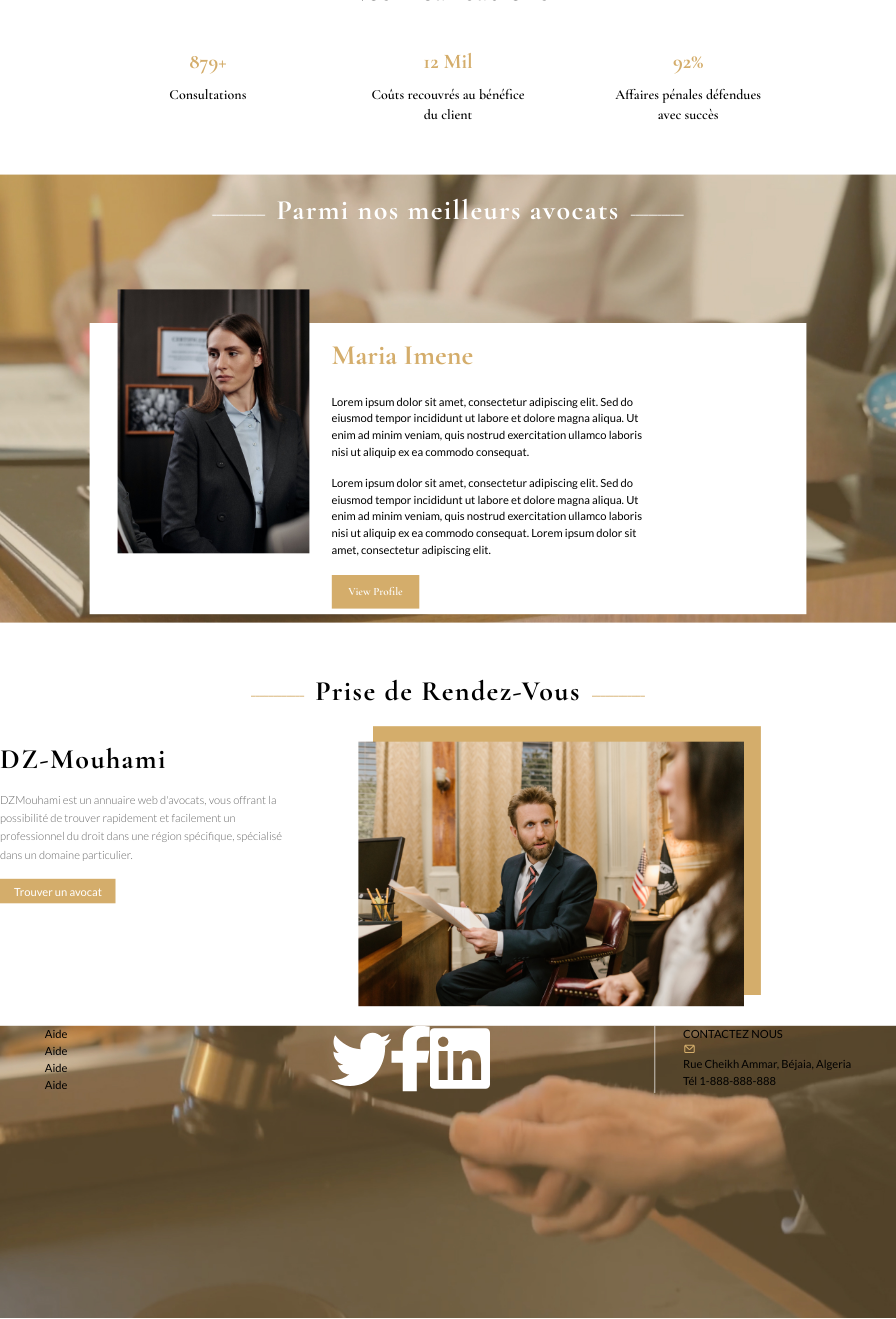
Repository: Chekrouba-Tinhinane/Mohami_dz
Page: / (app in client/)
An editor plug-in stored every save of this project. The page is shown before and after the next save, followed by the edit.
The browser window is 1280 px wide. The pictures show the part of the page from y = 2218 to 4138 px (the page is 4102 px tall before and 4142 px after), at 70% of full size.
The project was rebuilt for these pictures with package versions that can differ from the ones it lists, and the page was loaded fresh each time. Also part of the build but not shown: client/vite.config.js, client/src/SignIn.jsx, client/src/components/Selector.jsx, client/src/components/SearchContainer.jsx, client/src/Search.jsx, client/src/components/super/HomeLayout.jsx, client/src/components/Profile.jsx.

Above is the page before, as saved 2024-01-25 12:25:03.

### client/index.html
<!doctype html>
<html lang="en">
  <head>
    <meta charset="UTF-8" />
    <link rel="icon" type="image/svg+xml" href="/vite.svg" />
    <meta name="viewport" content="width=device-width, initial-scale=1.0" />
    <title>Mouhami DZ</title>
  </head>
  <body>
    <div id="root"></div>
    <script type="module" src="/src/App.jsx"></script>
  </body>
</html>

### client/src/App.jsx
import React from "react";
import { createRoot } from "react-dom/client";
import { BrowserRouter, Routes, Route } from "react-router-dom";
import "./index.css";
import LandingPage from "./LandingPage";
import SignIn from "./SignIn";
import Search from "./Search";
import HomeLayout from "./components/super/HomeLayout";
import Profile from "./components/Profile";

const App = () => {
  return (
    <BrowserRouter>
      <Routes>
        <Route path={"/"} element={<LandingPage />} />

        <Route path={"/Signin"} element={<SignIn />} />
        <Route
          path={"/Search"}
          element={<HomeLayout pageComponent={<Search />} />}
        />
        {/* <Route path={"/Signin"} element={<SignIn />} />
        <Route
          path={"/Schedule"}
          element={<HomeLayout pageComponent={<Schedule />} />}
        />

        <Route
          path={"/Settings"}
          element={<HomeLayout pageComponent={<Staff />} />}
        />
        <Route
          path={"/profile/:id"}
          element={<HomeLayout pageComponent={<Profile />} />}
        /> */}
        <Route
          path={"/profile"}
          element={<HomeLayout pageComponent={<Profile />} />}
        />
      </Routes>
    </BrowserRouter>
  );
};

export default App;

const root = createRoot(document.getElementById("root"));
root.render(<App />);

### client/src/index.css
@import url("https://fonts.googleapis.com/css2?family=Cormorant+Garamond:wght@300;400;500;600;700&family=Lato:wght@100;300;400;700;900&display=swap");

@tailwind base;
@tailwind components;
@tailwind utilities;

@layer base {
  a {
    @apply cursor-pointer;
  }
  h1 {
    @apply text-[50px] font-bold;
  }
  h2 {
    @apply text-[2.5rem] font-bold;
  }
  p {
  }
  h3 {
  }
  h4 {
    @apply text-[1rem] font-semibold;
  }
  textarea {
  }
  input {
  }
  select {
  }
}

* {
  /*font-family: 'Cormorant Garamond', serif; */
  font-family: "Lato", sans-serif;
  box-sizing: border-box;
  padding: 0;
  margin: 0;
}

.recursive {
  font-family: "Cormorant Garamond", serif;
}

.nav-item::after {
  content: "";
  display: block;
  width: 0;
  height: 2px;
  margin-top: 5px;
  background-color: rgb(212, 173, 107);
  transition: width 0.4s;
}

.nav-item:hover::after {
  width: 100%;
}

### client/src/LandingPage.jsx
import React, { useEffect } from "react";

import header from "./assets/landing/header.jpg";
import hero from "./assets/landing/hero.png";
import section1 from "./assets/landing/section1.jpg";
import section2 from "./assets/landing/section2.jpg";
import footer from "./assets/landing/footer.jpg";
import maria from "./assets/landing/maria.jpg";
import scene from "./assets/landing/scene.png";

import msg from "./assets/icons/contact/msg.svg";

import twitter from "./assets/icons/footer/twitter.svg";
import fb from "./assets/icons/footer/fb.svg";
import linkedin from "./assets/icons/footer/linkedin.svg";

import NavBar from "./components/super/NavBar";

import AOS from "aos";
import "aos/dist/aos.css";

AOS.init();

const LandingPage = () => {
  useEffect(() => {
    AOS.refresh();
  }, []);

  return (
    <div className="overflow-hidden flex flex-col relative mx-auto items-center bg-white z-10">
      <header className=" p-3 recursive border-b border-b-primary w-[90%] text-center font-semibold text-xl">
        {" "}
        DZ Mouhami{" "}
      </header>
      <NavBar />
      <Header />
      <About />
      <Feedback />

      <Achievements />
      <Hero />
      <Appoint />
      <Footer />
    </div>
  );
};

export default LandingPage;

function Header() {
  return (
    <section
      id="header"
      className=" relative flex w-screen justify-center my-3"
    >
      <img src={header} className="w-full h-[600px] object-cover" alt="" />
      <h2 className=" recursive absolute bottom-[7%] left-[10%] text-white w-[60%]">
        "Legal Solutions, Trusted Advocacy: Your Path to Justice Begins with
        Us."
      </h2>
    </section>
  );
}

function About() {
  return (
    <section
      id="about"
      data-aos="fade-right"
      data-aos-duration="1000"
      className="mx-3 my-10 flex gap-[6rem] justify-center items-center"
    >
      {/* fifth section */}
      <div className=" flex flex-col w-[40%] ">
        <h2 className=" recursive w-[40%] place-self-end">
          A propos de DZ Mouhami
        </h2>
        <img src={hero} className="" alt="" />
      </div>

      <div className=" basis-[40%] mb-16 ">
        {" "}
        {/*  */}
        <h2 className=" recursive tracking-wider w-[50%] my-4">DZ-Mouhami</h2>
        <p className=" w-[80%] opacity-60 font-light leading-relaxed mb-7">
          DZMouhami est un annuaire web d'avocats, vous offrant la possibilité
          de trouver rapidement et facilement un professionnel du droit dans une
          région spécifique, spécialisé dans un domaine particulier.
        </p>
        <a
          href=""
          className=" py-2 px-5 text-white bg-primary hover:bg-opacity-65"
        >
          Trouver un avocat
        </a>
      </div>
    </section>
  );
}

function Feedback() {
  const userComments = [
    {
      username: "User123",
      comment:
        "Effortlessly found the right lawyer for my needs – the detailed profiles and client reviews streamlined the decision-making process.",
    },
    {
      username: "LegalEagle",
      comment:
        "Incredibly user-friendly directory; comprehensive lawyer profiles and responsive design made my search for legal representation hassle-free.",
    },
    {
      username: "LawSeeker",
      comment:
        "Highly impressed with the intuitive interface and wealth of information – this directory simplified the task of finding a skilled attorney.",
    },
  ];

  // You can now use the userComments array as needed in your code.

  return (
    <section
      id="feedback"
      className=" relative flex w-screen justify-center my-4"
    >
      <img
        src={section1}
        className="w-full h-[640px] bg-center object-cover"
        alt=""
      />
      <div className="absolute top-0 text-white">
        <div className=" flex flex-col items-center">
          <div className="flex items-center my-5 gap-4">
            <span className=" font-semibold select-none">____________</span>
            <h2 className=" recursive  tracking-wider ">
              Nos Témoignages
            </h2>{" "}
            <span className=" font-semibold select-none">____________</span>
          </div>

          <h2 className=" mt-16 mb-8 recursive w-[85%] text-center">
            CE QUE NOS CLIENTS PENSENT DE NOUS
          </h2>
          <div className=" flex gap-10 w-[75%] ">
            {userComments.map((el, i) => {
              return (
                <div className=" flex flex-col justify-between bg-white p-6 rounded-md text-black text-sm h-56 ">
                  {el.comment}
                  <div className=" flex gap-5 items-center">
                    {" "}
                    <div class="w-14 h-14 bg-gray-500 rounded-full"></div>
                    {el.username}
                  </div>
                </div>
              );
            })}
          </div>
        </div>
      </div>
    </section>
  );
}

function Achievements() {
  return (
    <div className=" flex flex-col w-[80%] items-center mx-auto my-10 gap-8 ">
      <div className="flex items-center my-5 gap-4">
        <span className=" font-semibold select-none text-primary">
          ____________
        </span>
        <h2 className=" recursive tracking-wider">Nos Réalisations</h2>{" "}
        <span className=" font-semibold select-none text-primary">
          ____________
        </span>
      </div>

      <div className="flex w-full justify-between  ">
        <div className="flex flex-col items-center basis-[33%] gap-4">
          {" "}
          <h4 className=" recursive text-primary text-3xl font-bold">879+</h4>{" "}
          <span className=" w-[70%] text-center recursive font-semibold text-xl">Consultations</span>
        </div>
        <div className="flex flex-col items-center basis-[33%] gap-4">
          {" "}
          <h4 className=" recursive text-primary text-3xl font-bold">12 Mil</h4>{" "}
          <span className=" w-[70%] text-center recursive font-semibold text-xl">
            Coûts recouvrés au bénéfice du client
          </span>
        </div>
        <div className="flex flex-col items-center basis-[33%] gap-4">
          {" "}
          <h4 className=" recursive text-primary text-3xl font-bold">92%</h4>{" "}
          <span className=" w-[70%] text-center recursive font-semibold text-xl">
            Affaires pénales défendues avec succès
          </span>
        </div>
      </div>
    </div>
  );
}

function Hero() {
  return (
    <section id="hero" className=" relative flex w-screen justify-center my-8 ">
      <img
        src={section2}
        className="w-full h-[640px] bg-center object-cover"
        alt=""
      />
      <div className="absolute top-0 text-white">
        <div className=" flex flex-col items-center gap-[6rem]">
          <div className="flex items-center my-5 gap-4">
            <span className=" font-semibold select-none">____________</span>
            <h2 className=" recursive  tracking-wider ">
              Parmi nos meilleurs avocats
            </h2>{" "}
            <span className=" font-semibold select-none">____________</span>
          </div>

          <div className=" flex gap-8 w-[80%] bg-white text-black h-[26rem] px-10 my-4 ">
            <div className="relative basis-[30%]">
              {" "}
              <img
                src={maria}
                alt=""
                className=" absolute -top-12  object-contain"
              />
            </div>
            <div className=" flex flex-col basis-[70%] my-4 gap-6  ">
              {" "}
              <h2 className=" recursive text-primary">Maria Imene</h2>{" "}
              <p className=" w-[70%] flex flex-col gap-5 ">
                <span>
                  Lorem ipsum dolor sit amet, consectetur adipiscing elit. Sed
                  do eiusmod tempor incididunt ut labore et dolore magna aliqua.
                  Ut enim ad minim veniam, quis nostrud exercitation ullamco
                  laboris nisi ut aliquip ex ea commodo consequat.{" "}
                </span>

                <span>
                  Lorem ipsum dolor sit amet, consectetur adipiscing elit. Sed
                  do eiusmod tempor incididunt ut labore et dolore magna aliqua.
                  Ut enim ad minim veniam, quis nostrud exercitation ullamco
                  laboris nisi ut aliquip ex ea commodo consequat. Lorem ipsum
                  dolor sit amet, consectetur adipiscing elit.
                </span>
              </p>
              <a
                href=""
                className="flex w-max recursive text-white bg-primary px-6 py-3 font-semibold hover:bg-opacity-75"
              >
                View Profile
              </a>
            </div>
          </div>
        </div>
      </div>
    </section>
  );
}

function Footer() {
  return (
    <footer id="footer" className=" relative flex w-full justify-center mt-3 ">
      <img src={footer} alt="" className="w-full object-cover" />
      {/* sixth section */}
      <div className="absolute w-full ">
        <div className=" flex justify-between px-16 ">
          <div className=" flex flex-col">
            <p>Aide</p>
            <p>Aide</p>
            <p>Aide</p>
            <p>Aide</p>
          </div>

          <div className=" flex ">
            <img src={twitter} alt="" />
            <img src={fb} alt="" />
            <img src={linkedin} alt="" />
          </div>

          <div className=" border-l border-l-white pl-10 flex flex-col ">
            <p>
              CONTACTEZ NOUS{" "}
              <span>
                {" "}
                <img src={msg} alt="" />
              </span>{" "}
            </p>
            <p>Rue Cheikh Ammar, Béjaia, Algeria</p>
            <p>Tél 1-888-888-888</p>
          </div>
        </div>
      </div>
    </footer>
  );
}

function Appoint() {
  return (
    <section id="appoint" className=" flex flex-col w-screen justify-center my-4">
      <div className=" flex flex-col items-center">
        <div className="flex items-center my-5 gap-4">
          <span className=" font-semibold select-none text-primary">
            ____________
          </span>
          <h2 className=" recursive  tracking-wider ">Prise de Rendez-Vous</h2>{" "}
          <span className=" font-semibold select-none text-primary">
            ____________
          </span>
        </div>
      </div>

      <div className=" flex w-full ">
        <div className=" basis-[40%] mb-16 ">
          {" "}
          {/*  */}
          <h2 className=" recursive tracking-wider w-[50%] my-4">DZ-Mouhami</h2>
          <p className=" w-[80%] opacity-60 font-light leading-relaxed mb-7">
            DZMouhami est un annuaire web d'avocats, vous offrant la possibilité
            de trouver rapidement et facilement un professionnel du droit dans
            une région spécifique, spécialisé dans un domaine particulier.
          </p>
          <a
            href=""
            className=" py-2 px-5 text-white bg-primary hover:bg-opacity-65"
          >
            Trouver un avocat
          </a>
        </div>

        <img src={scene} className="" alt="" />
      </div>
    </section>
  );
}

### client/src/components/super/NavBar.jsx
import { motion } from "framer-motion";
import { Link } from "react-router-dom";
import { Link as ScrollLink } from "react-scroll";

const NavBar = () => {
  return (
    <div
      whileHover={{ scale: 1, originX: 0, color: "#D4AD6B" }}
      transition={{ type: "tween", duration: 0.2 }}
      className=" flex items-center px-20 pt-6 mb-3 w-full justify-between "
    >
      <motion.ul className="flex gap-[2rem] text-sm">
        <motion.li
          whileHover={{ scale: 1, originX: 0, color: "#D4AD6B" }}
          transition={{ type: "tween", duration: 0.2 }}
          className=" font-semibold opacity-80 tracking-wider cursor-pointer"
        >
          <ScrollLink
            to={"about"}
            spy={true}
            smooth={true}
            offset={-50}
            duration={500}
            className="nav-item"
          >
            Accueil
          </ScrollLink>
        </motion.li>
        <motion.li
          whileHover={{ scale: 1, originX: 0, color: "#D4AD6B" }}
          transition={{ type: "tween", duration: 0.2 }}
          className=" font-semibold opacity-80 tracking-wider cursor-pointer"
        >
          <ScrollLink
            to="hero"
            spy={true}
            smooth={true}
            offset={0}
            duration={500}
            className="nav-item"
          >
            Trouver un avocat
          </ScrollLink>
        </motion.li>
        <motion.li
          whileHover={{ scale: 1, originX: 0, color: "#D4AD6B" }}
          transition={{ type: "tween", duration: 0.2 }}
          className=" font-semibold opacity-80 tracking-wider cursor-pointer"
        >
          <ScrollLink
            to="appoint"
            spy={true}
            smooth={true}
            offset={50}
            duration={500}
            className="nav-item"
          >
            Prendre un rendez-vous
          </ScrollLink>
        </motion.li>
        <motion.li
          whileHover={{ scale: 1, originX: 0, color: "#D4AD6B" }}
          transition={{ type: "tween", duration: 0.2 }}
          className=" font-semibold opacity-80 tracking-wider cursor-pointer"
        >
          <ScrollLink
            to="footer"
            spy={true}
            smooth={true}
            offset={-100}
            duration={500}
            className="nav-item"
          >
            Contactez nous
          </ScrollLink>
        </motion.li>
      </motion.ul>
      <div className="flex gap-[1rem]">
        <Link
          to={"/SignIn"}
          href=""
          className=" recursive flex items-center font-semibold text-primary border border-primary bg-white text-center text-lg py-1.5 px-3.5 hover:bg-opacity-70 "
        >
          Se connecter
        </Link>
      </div>
    </div>
  );
};

export default NavBar;

### client/tailwind.config.js
/** @type {import('tailwindcss').Config} */
module.exports = {
  content: ["./src/**/*.{js,jsx,ts,tsx}"],
  theme: {
    extend: {
      colors: {
        lightBrown: "#FAF5EE",
        primary: "#D4AD6B"
      },
    },
  },
  plugins: [],
};

After the next save:
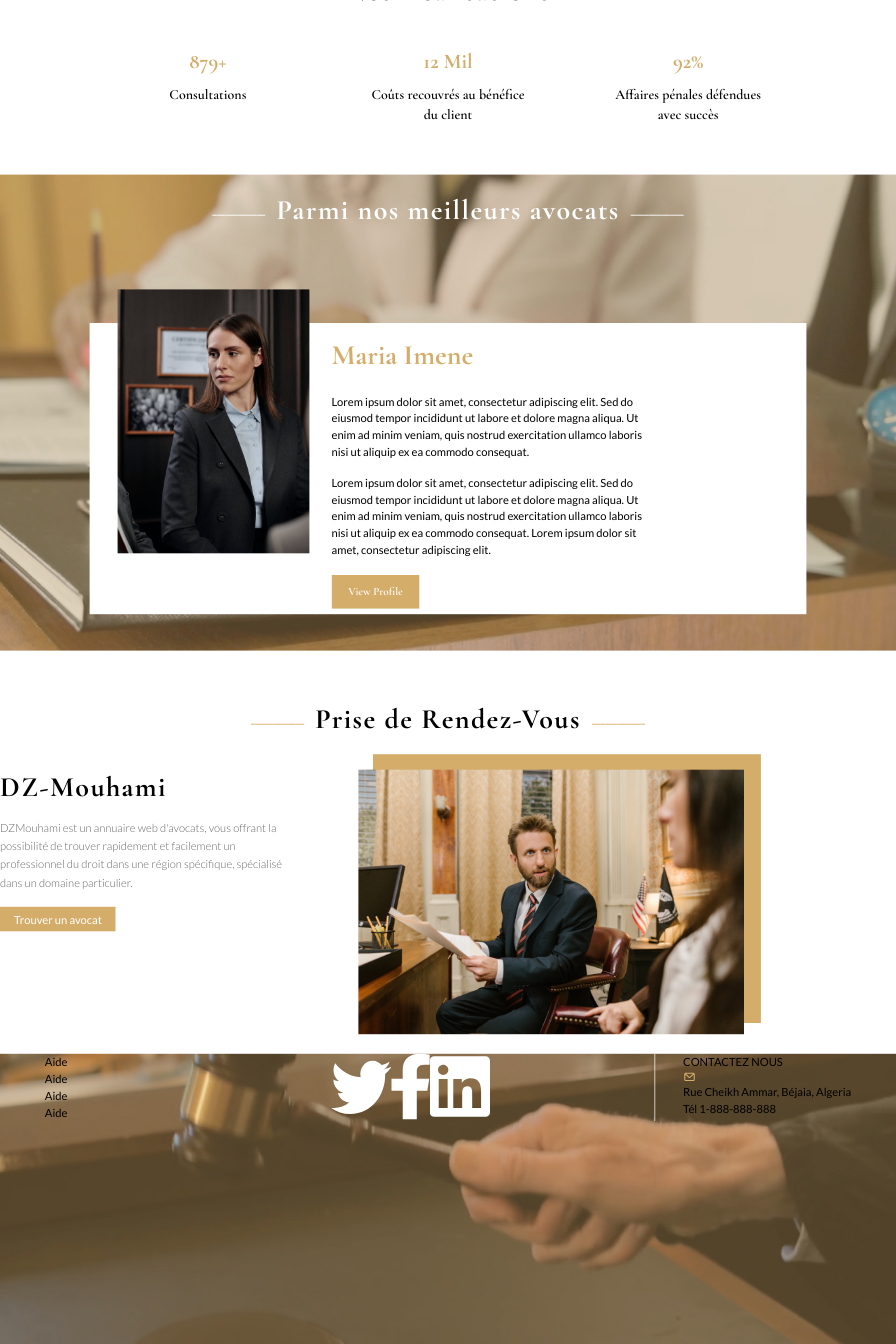
Saved 12 s later.
--- a/client/src/LandingPage.jsx
+++ b/client/src/LandingPage.jsx
@@ -205,7 +205,7 @@ function Hero() {
     <section id="hero" className=" relative flex w-screen justify-center my-8 ">
       <img
         src={section2}
-        className="w-full h-[640px] bg-center object-cover"
+        className="w-full h-[680px] bg-center object-cover"
         alt=""
       />
       <div className="absolute top-0 text-white">
